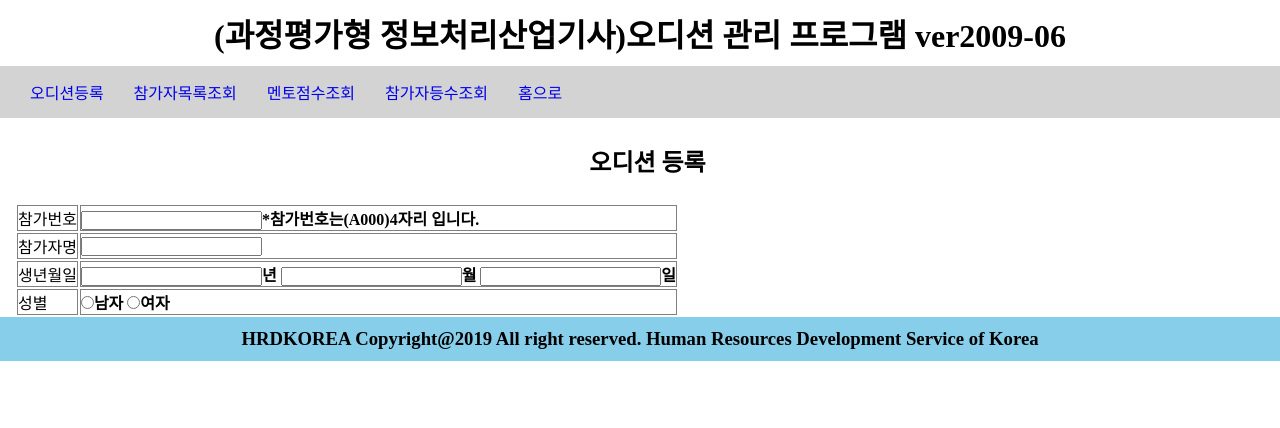
Repository: chyun94/JSP-
Page: http://localhost/Kingdom/insert.jsp
The author's editor kept a copy of each file at every save. The page is drawn from the files as they stood at one save, then again after the next save.
The browser window is 1280 px wide. The pictures show the whole page.
The page is served by Tomcat 9. Other server files are loaded and not shown.

Above is the page before, as saved 2021-05-09 12:32:19.

### Kingdom/WebContent/insert.jsp
<%@ page language="java" contentType="text/html; charset=UTF-8"
    pageEncoding="UTF-8"%>
<!DOCTYPE html>
<html>
<head>
<meta charset="UTF-8">
<title>Insert title here</title>
<style>
*{margin: 0%;padding: 0%}

.header ul,li,a{
list-style: none;
text-decoration: none;
float: left;
padding-left: 15px;
padding-bottom: 0 20px;
text-align: center;
}
.nav{
padding: 14px 0px; overflow: hidden;
background-color: lightgray;
}
.subject table{
width: 600px;
margin: 0 auto;
}
.subject table,th,td{
border: 1px solid gray;
text-align: left;
}

.footer{
text-align: center; background: skyblue; padding: 11px;
}
</style>
</head>
<body>
<div>
	<header>
		<h1 style="text-align: center; padding: 10px">(과정평가형 정보처리산업기사)오디션 관리 프로그램 ver2009-06</h1>
		<nav class="nav">
		<ul>
			<li><a href="insert.jsp">오디션등록</a></li>
			<li><a href="list.jsp">참가자목록조회</a></li>
			<li><a href="mentolist.jsp">멘토점수조회</a></li>
			<li><a href="ranking.jsp">참가자등수조회</a></li>
			<li><a href="index.jsp">홈으로</a></li>
		</ul>
		</nav>
	</header>
</div>

<div style="padding-left: 15px; text-align: center;">
	<section>
		<h2 style="text-align: center; padding: 25px;">오디션 등록</h2>
		<form action="insert_pro.jsp" method="post" name="frm">

		<table class="subject" style="text-align: center;">
			<tr>
				<td>참가번호</td>
				<th>
					<input type="text"maxlength="4">*참가번호는(A000)4자리 입니다.
				</th>
			</tr>
			<tr>
				<td>참가자명</td>
				<th>
					<input type="text">
				</th>
			</tr>
			<tr>
				<td>생년월일</td>
				<th>
					<input type="text">년
					<input type="text">월
					<input type="text">일
				</th>
			</tr>
			<tr>
				<td>성별</td>
				<th>
					<input type="radio" name="gender" value="M">남자
					<input type="radio" name="gender" value="F">여자
				</th>
			</tr>

		</table>
		</form>
	</section>
</div>

<div>
	<footer>
		<div class="footer">
			<h3 style="text-align: center;">
			HRDKOREA Copyright@2019 All right reserved. Human Resources Development Service of Korea
			</h3>
		</div>
	</footer>
</div>
</body>
</html>

After the next save:
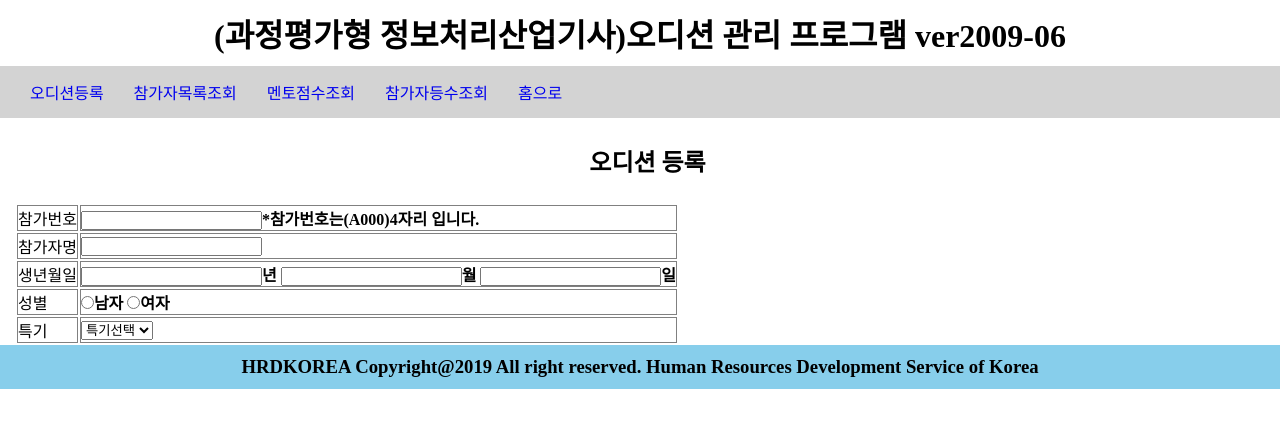
Saved 14 min 12 s later.
--- a/Kingdom/WebContent/insert.jsp
+++ b/Kingdom/WebContent/insert.jsp
@@ -83,7 +83,18 @@ text-align: center; background: skyblue; padding: 11px;
 					<input type="radio" name="gender" value="F">여자
 				</th>
 			</tr>
+			<tr>
+				<td>특기</td>
+				<th>
+					<select>
+						<option>특기선택</option>
+						<option value="1">댄스</option>
+						<option value="2">노래</option>
+						<option value="3">랩</option>
+					</select>
 
+				</th>
+			</tr>
 		</table>
 		</form>
 	</section>
